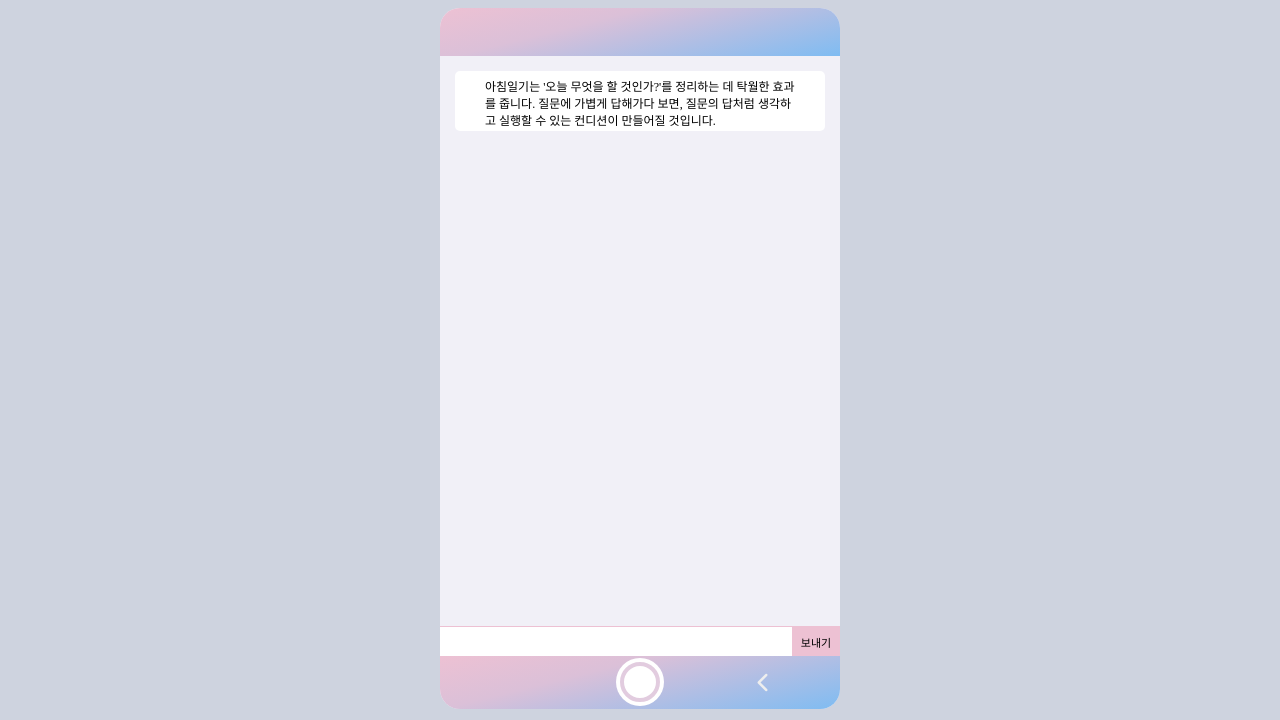
Repository: jinhee196/diary
Page: index.html
These files come from the project's save history. The page is drawn as it stood at one moment and after the next save; the edit follows.
The browser window is 1280 px wide. The pictures show the whole page.
Some web fonts or font styles are not loaded; a fallback is used. Some web libraries are served in a nearby version.

Above is the page before, as saved 2021-06-04 21:19:41.

After the next save:
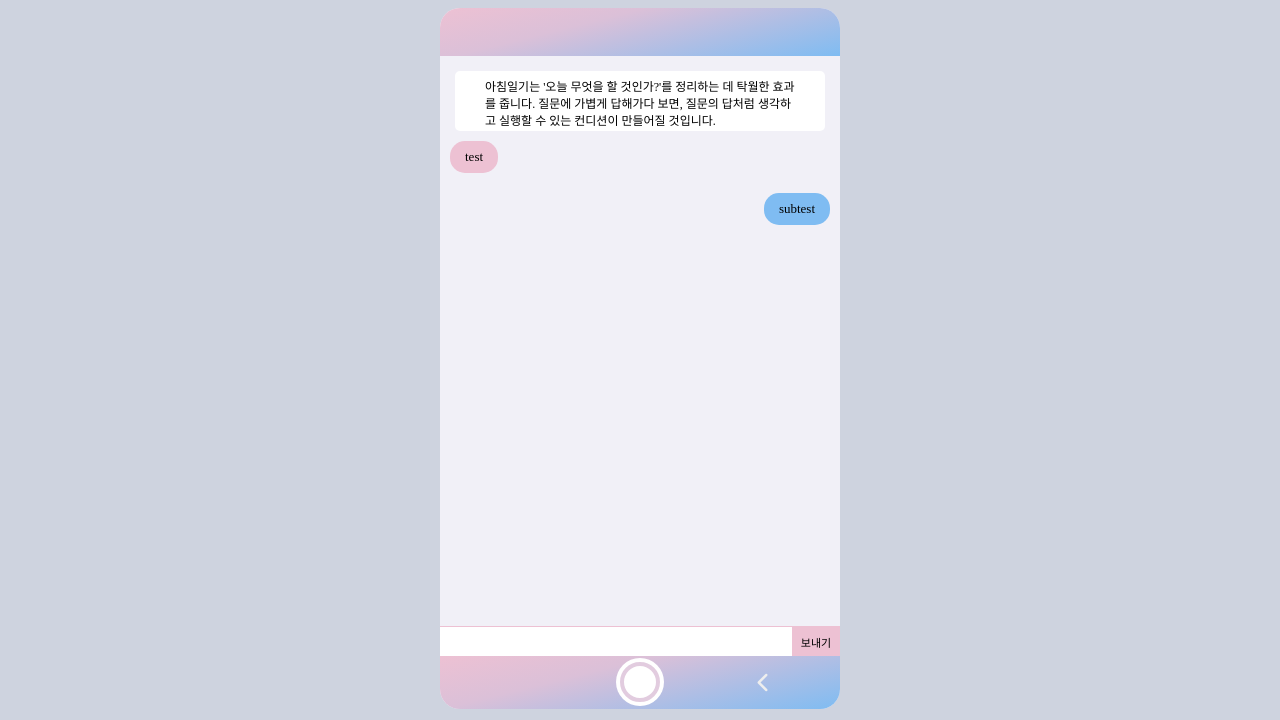
Saved 36 s later.
--- a/index.html
+++ b/index.html
@@ -40,8 +40,8 @@
         <p class="desc">아침일기는 '오늘 무엇을 할 것인가?'를 정리하는 데 탁월한 효과를 줍니다. 질문에 가볍게 답해가다 보면,
           질문의 답처럼 생각하고 실행할 수 있는 컨디션이 만들어질 것입니다.  </p>
         <ul class="items">
-          <!-- <li class="item">test</li>
-          <li class="item-sub">subtest</li> -->
+          <li class="item">test</li>
+          <li class="item-sub">subtest</li>
         </ul>
         <div class="message">
         <input type="text" class="footer__input" />
